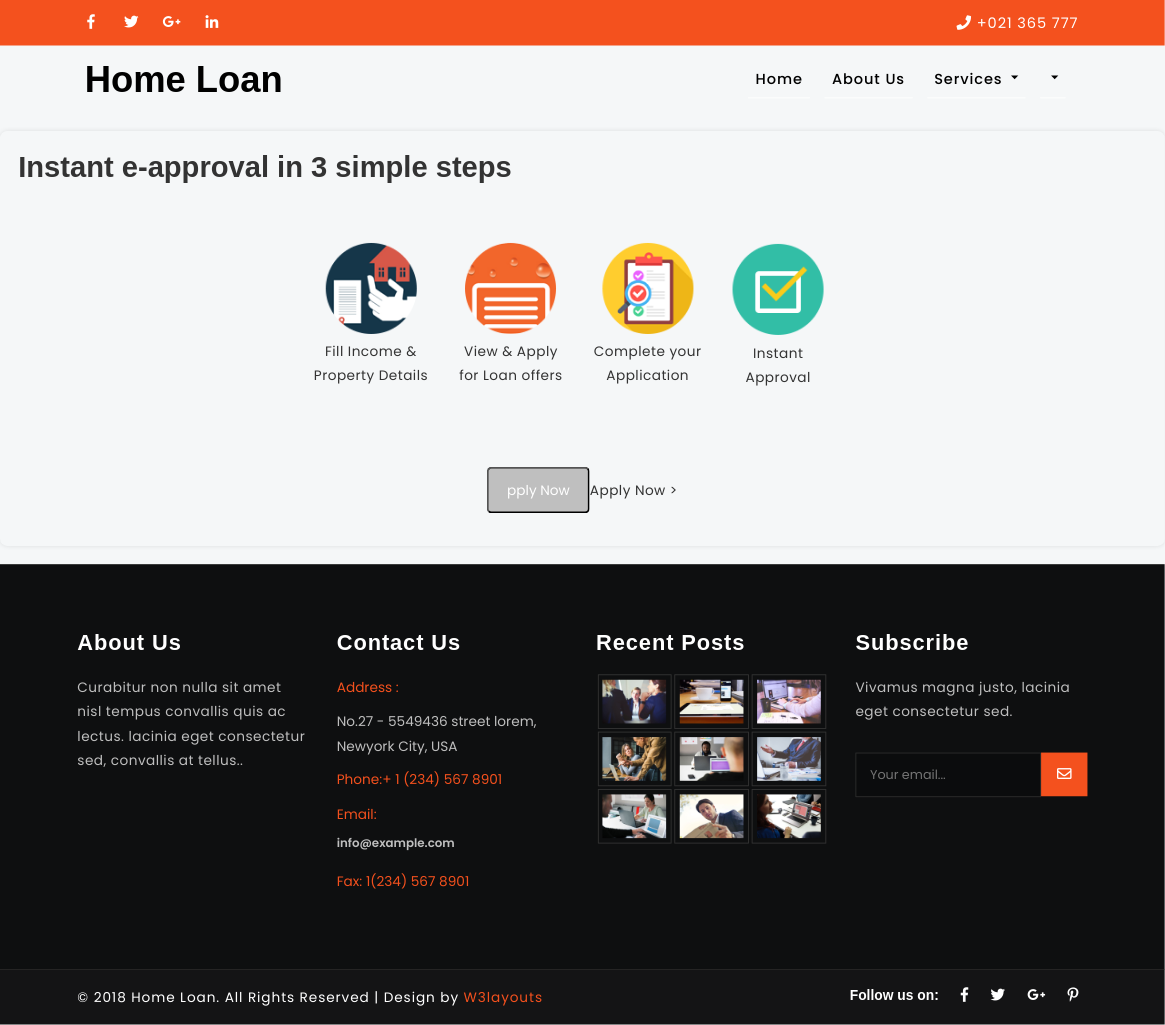
Repository: 72-faisal/Spring-MVC-project
Page: http://localhost/HomeLoan/WEB-INF/views/LoanApplyOnline.jsp
The author's editor kept a copy of each file at every save. The page is drawn from the files as they stood at one save, then again after the next save.
The browser window is 1280 px wide. The pictures show the whole page, at 91% of full size.
Some web fonts or font styles are not loaded; a fallback is used. The page is served by Tomcat 9. Nobody is signed in. The template is opened directly, without the code that normally fills it, so the values that code supplies are empty.

Above is the page before, as saved 2023-12-28 06:21:56.

After the next save:
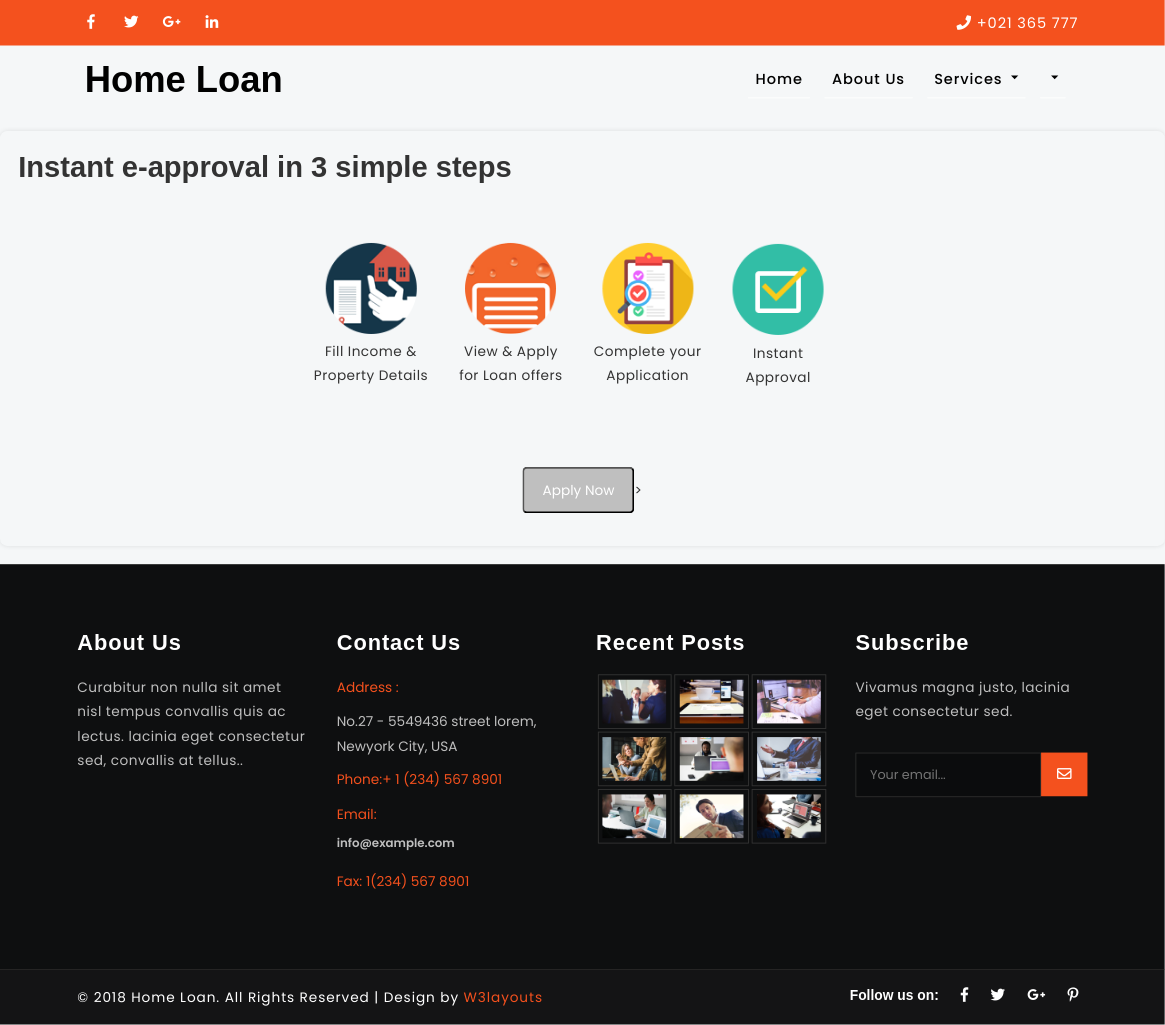
Saved 28 s later.
--- a/HomeLoan/src/main/webapp/WEB-INF/views/LoanApplyOnline.jsp
+++ b/HomeLoan/src/main/webapp/WEB-INF/views/LoanApplyOnline.jsp
@@ -257,7 +257,7 @@ SmartPhone Compatible web template, free WebDesigns for Nokia, Samsung, LG, Sony
 		<!-- <p>&nbsp;</p>
 		<p>&nbsp;</p> -->
 		<p class="txt-center" style="text-align: center;">
-			<input type="submit"<a class="apply-btn" value="pply Now">Apply Now <i class="arrow-icon"></i></a>>
+			<input type="submit"<a class="apply-btn" value="Apply Now"><!-- Apply Now <i class="arrow-icon"></i> --></a>>
 		</p>
 	</div>
 
